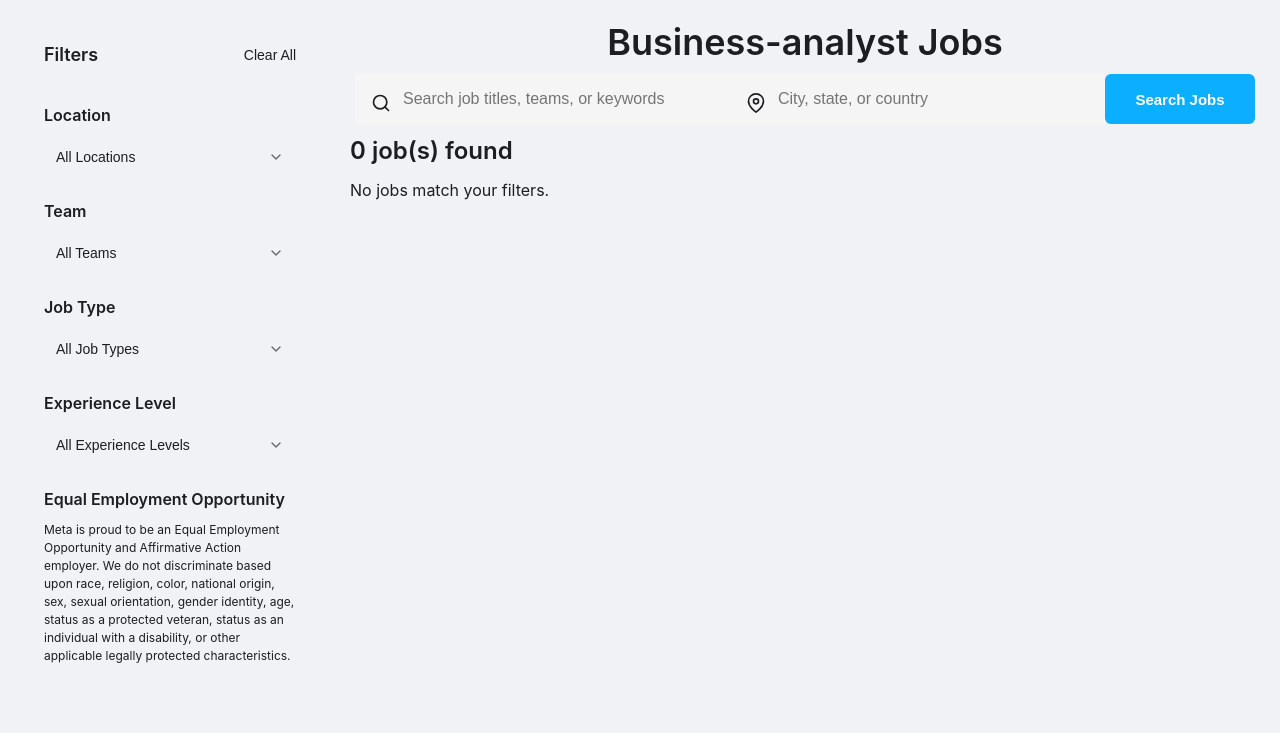
Repository: Siddharthkothiyal/GharPadhaaroCareerWebsite
Page: /jobs/business-analyst
These files come from the project's save history. The page is drawn as it stood at one moment and after the next save; the edit follows.
The browser window is 1280 px wide. The pictures show the whole page.
The project was rebuilt for these pictures with package versions that can differ from the ones it lists, and the page was loaded fresh each time. Also part of the build but not shown: src/components/CareerPortal/Header.css, src/components/CareerPortal/ResumeUpload.css, src/components/CareerPortal/ResumeUpload.js, src/components/CareerPortal/Header.js, src/components/CareerPortal/FeaturedTeams.css, src/components/CareerPortal/FeaturedTeams.js, src/components/CareerPortal/Footer.css, src/components/CareerPortal/Footer.js and 4 more.

Above is the page before, as saved 2025-06-20 16:14:09.

After the next save:
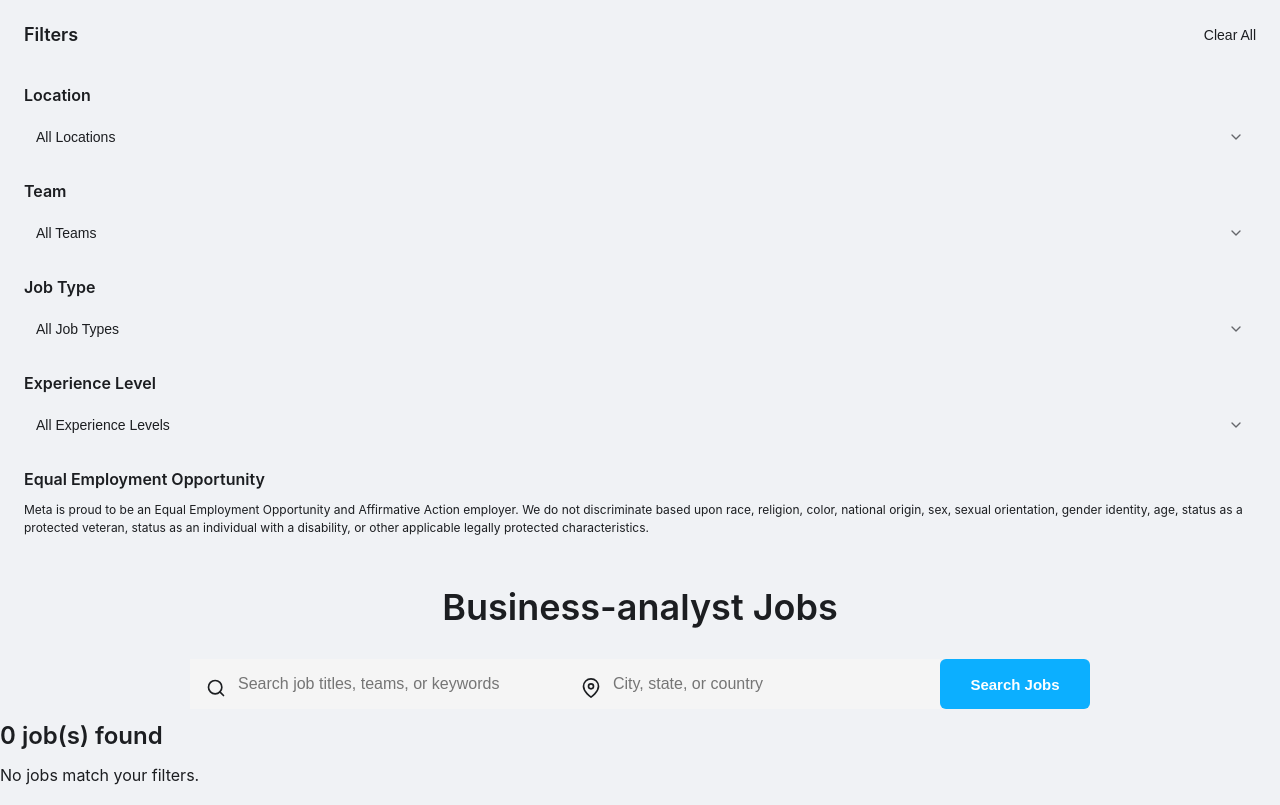
Saved 44 s later.
--- a/src/components/CareerPortal/JobListing/JobCategory.js
+++ b/src/components/CareerPortal/JobListing/JobCategory.js
@@ -5,7 +5,7 @@ import JobListings from './JobListings';
 import JobSearch from './JobSearch';
 
 const JobCategory = () => {
-  const { category } = useParams(); // get 'engineering', 'design', etc.
+  const { category } = useParams();
 
   const [filters, setFilters] = useState({
     location: '',
@@ -21,33 +21,31 @@ const JobCategory = () => {
   };
 
   return (
-    <div
-      className="job-category-page"
-      style={{
-        display: 'flex',
-        gap: '30px',
-        padding: '20px',
-        alignItems: 'flex-start',
-      }}
-    >
-      {/* Left Sidebar: Filters */}
-      <div style={{ flex: '1', maxWidth: '300px' }}>
-        <JobFilter filters={filters} onFilterChange={handleFilterChange} />
+    <div className="flex flex-col lg:flex-row gap-6 p-6 bg-gray-100 min-h-screen">
+      {/* Left Sidebar (Filters) */}
+      <div className="w-full lg:w-1/4">
+        <div className="bg-white rounded-xl shadow p-4">
+          <JobFilter filters={filters} onFilterChange={handleFilterChange} />
+        </div>
       </div>
 
-      {/* Main Content: Heading + Search + Listings */}
-      <div style={{ flex: '3' }}>
-        <h2 style={{ marginBottom: '10px' }}>
+      {/* Main Content (Search + Listings) */}
+      <div className="w-full lg:w-3/4 space-y-4">
+        <h2 className="text-2xl font-bold text-gray-800">
           {category.charAt(0).toUpperCase() + category.slice(1)} Jobs
         </h2>
 
-        <JobSearch onSearch={(query) => setSearchQuery(query)} />
+        <div className="bg-white rounded-xl shadow p-4">
+          <JobSearch onSearch={(query) => setSearchQuery(query)} />
+        </div>
 
-        <JobListings
-          filters={filters}
-          searchQuery={searchQuery}
-          category={category}
-        />
+        <div className="bg-white rounded-xl shadow p-4">
+          <JobListings
+            filters={filters}
+            searchQuery={searchQuery}
+            category={category}
+          />
+        </div>
       </div>
     </div>
   );
